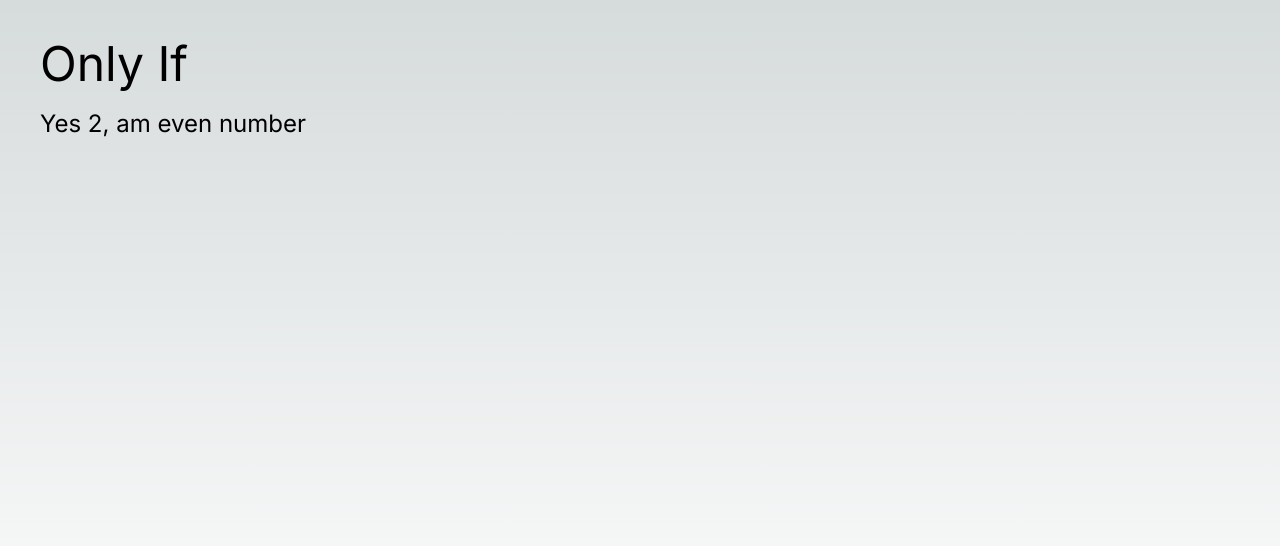
Repository: chapeee/learnNextBella
Page: / (app in basicconcepts/)
An editor plug-in stored every save of this project. The page is shown before and after the next save, followed by the edit.
The browser window is 1280 px wide. The pictures show the whole page.
The project was rebuilt for these pictures with package versions that can differ from the ones it lists, and the page was loaded fresh each time. The framework's server and built-in components were replaced by stand-ins that run in the browser. Also part of the build but not shown: basicconcepts/next.config.mjs.

Above is the page before, as saved 2024-03-22 20:59:12.

After the next save:
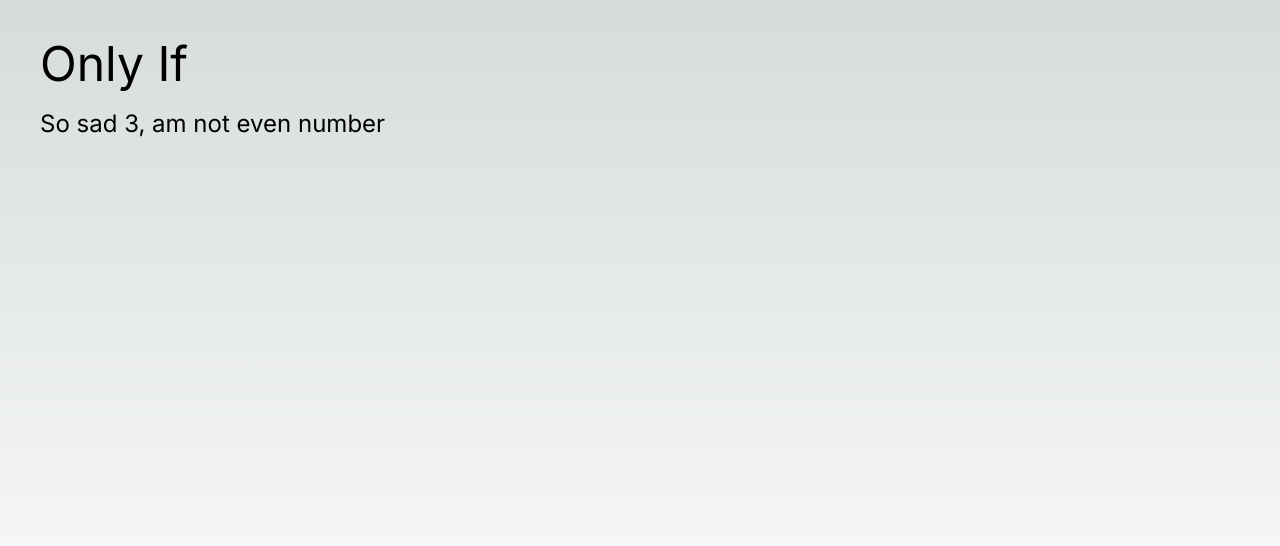
Saved 20 s later.
--- a/basicconcepts/src/app/Components/ConditionRendering.tsx
+++ b/basicconcepts/src/app/Components/ConditionRendering.tsx
@@ -4,7 +4,7 @@
 
 export default function ConditionRendering() {
     const [isEvenNumber, setisEvenNumber] = useState<boolean>(false)
-    const [numberEvenOrOdd, setnumberEvenOrOdd] = useState<number>(2) // update this number to anything and check the output
+    const [numberEvenOrOdd, setnumberEvenOrOdd] = useState<number>(3) // update this number to anything and check the output
 
     //checing if number if even
     const isNumberEven = () => {

After the save that followed:
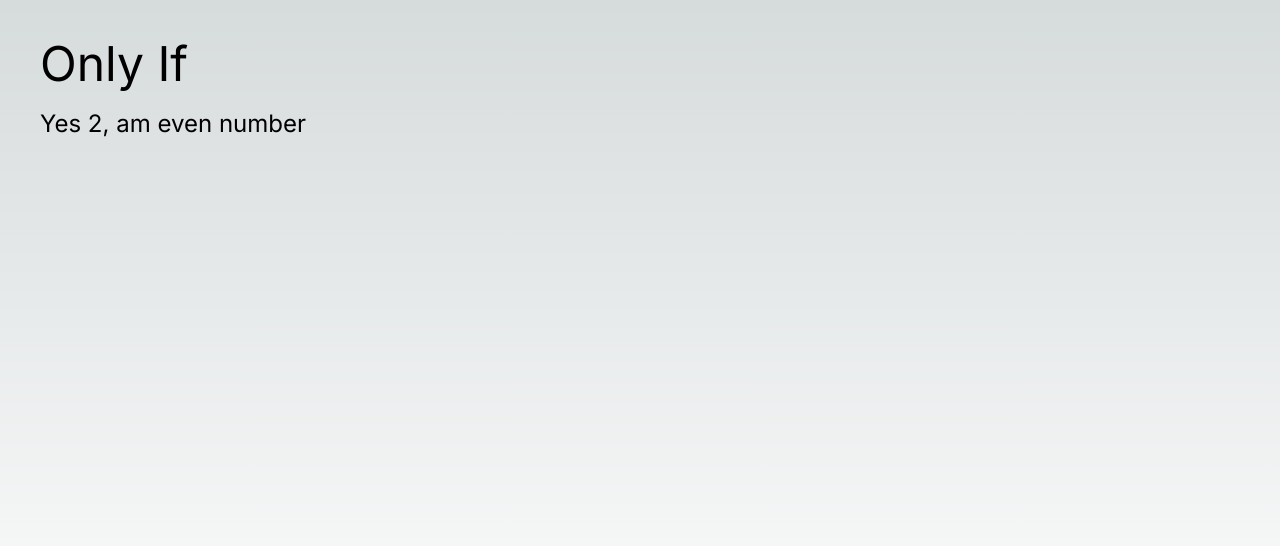
Saved 4 s later.
--- a/basicconcepts/src/app/Components/ConditionRendering.tsx
+++ b/basicconcepts/src/app/Components/ConditionRendering.tsx
@@ -4,7 +4,7 @@
 
 export default function ConditionRendering() {
     const [isEvenNumber, setisEvenNumber] = useState<boolean>(false)
-    const [numberEvenOrOdd, setnumberEvenOrOdd] = useState<number>(3) // update this number to anything and check the output
+    const [numberEvenOrOdd, setnumberEvenOrOdd] = useState<number>(2) // update this number to anything and check the output
 
     //checing if number if even
     const isNumberEven = () => {
